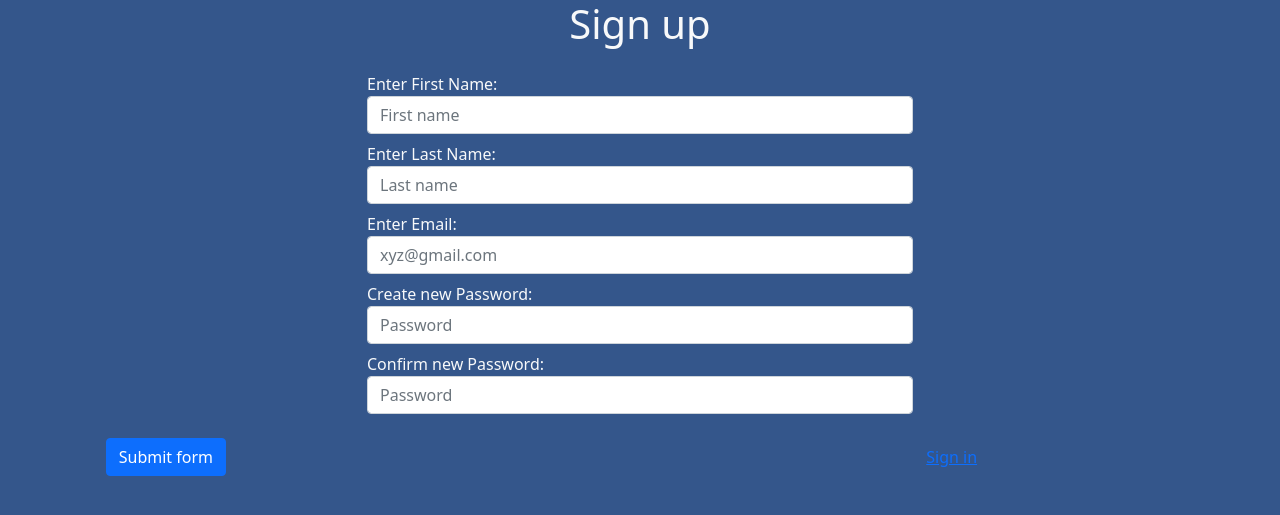
Repository: paresh-art/MyWebsite
Page: http://localhost/com.website/index.jsp
These files come from the project's save history. The page is drawn as it stood at one moment and after the next save; the edit follows.
The browser window is 1280 px wide. The pictures show the whole page.
The page is served by Tomcat 9.

Above is the page before, as saved 2022-11-07 15:17:18.

After the next save:
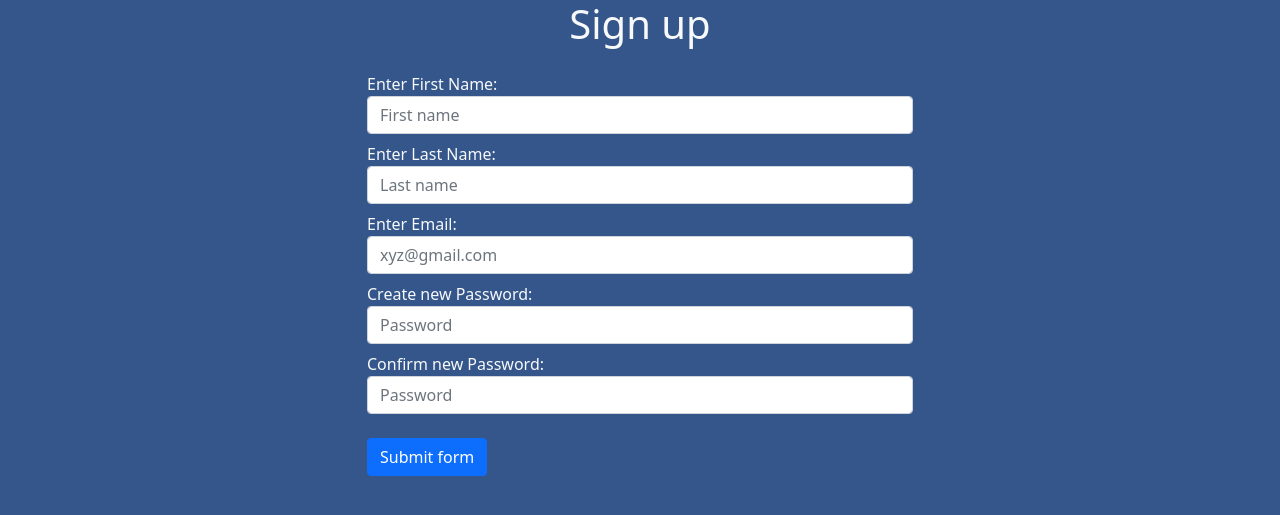
Saved 45 s later.
--- a/com.website/src/main/webapp/index.jsp
+++ b/com.website/src/main/webapp/index.jsp
@@ -53,11 +53,8 @@
 			</div>
 			<br>
 			<div class="row">
-				<div class="col-lg-8 col-md-8 col-sm-12 mx-auto text-light">
+				<div class="col-lg-6 col-md-8 col-sm-12 mx-auto text-light">
 					<button class="btn btn-primary " type="submit">Submit form</button>
-				</div>
-				<div class="col-lg-3 col-md-8 col-sm-12 mx-auto text-light">
-					<button type="button" class="btn btn-link">Sign in</button>
 				</div>
 
 			</div>
